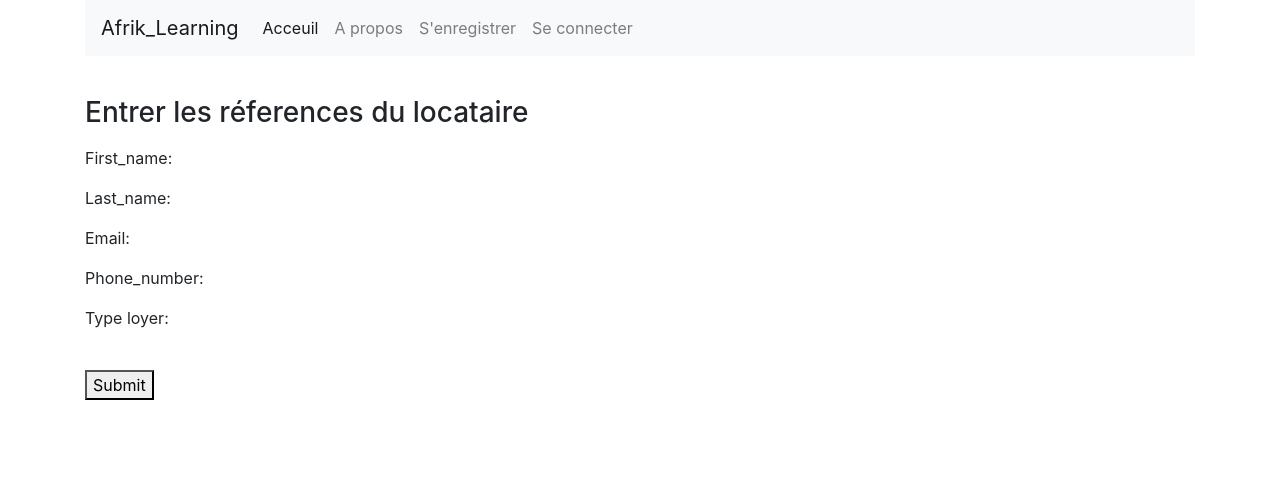
Repository: ZombreChristian/Di-Bootcamp
Page: http://localhost/
The author's editor kept a copy of each file at every save. The page is drawn from the files as they stood at one save, then again after the next save.
The browser window is 1280 px wide. The pictures show the whole page.
Some web libraries are served in a nearby version. The page is served by the project's application, run on Django 4.2 (manage.py). Other server files are loaded and not shown.

Above is the page before, as saved 2023-01-06 16:51:46.

### Week-8/Day-5/exercice/Mini-projet/rent/templates/rent/ajoutclient.html
{% extends "base.html" %}
{% block content %}

<form method="POST" action="/index">
    {% csrf_token %}
    <div>
        <br>
        <p>
            <h3>Entrer les réferences du locataire</h3>
        </p>
        <div>
            <p>First_name:</p>{{form.nom}}
        </div>
        <div>
            <p>Last_name:</p>{{ form.prenom }}
        </div>
        <div>
            <p>Email:</p>{{ form.age }}
        </div>
        <div>
            <p>Phone_number:</p>{{ form.adresse }}
        </div>
        <div>
            <p>Type loyer:</p>{{ form.locataireLoyer }}
        </div>
        <div>
            <br>
            <button type="submit">Submit</button>
        </div>
    </div>
</form>


{% endblock content %}

### Week-8/Day-5/exercice/Mini-projet/rent/templates/base.html
<!DOCTYPE html>
<html lang="en">
<head>
    <link rel="stylesheet" href="https://cdn.jsdelivr.net/npm/bootstrap@4.0.0/dist/css/bootstrap.min.css" integrity="sha384-Gn5384xqQ1aoWXA+058RXPxPg6fy4IWvTNh0E263XmFcJlSAwiGgFAW/dAiS6JXm" crossorigin="anonymous">
    <meta charset="UTF-8">
    <meta http-equiv="X-UA-Compatible" content="IE=edge">
    <meta name="viewport" content="width=device-width, initial-scale=1.0">
    <title>Vente</title>
</head>
<body>
    <div class="container">
        <div class="row">
            <div class="col-md-12">
                <nav class="navbar navbar-expand-md navbar-light bg-light">
                    <a class="navbar-brand" href="#">Afrik_Learning</a>
                    <button class="navbar-toggler" type="button" data-toggle="collapse" data-target="#navbarNav" aria-controls="navbarNav" aria-expanded="false" aria-label="Toggle navigation">
                      <span class="navbar-toggler-icon"></span>
                    </button>
                    <div class="collapse navbar-collapse" id="navbarNav">
                      <ul class="navbar-nav">
                        <li class="nav-item active">
                          <a class="nav-link" href="#">Acceuil <span class="sr-only">(current)</span></a>
                        </li>
                        <li class="nav-item">
                          <a class="nav-link" href="#">A propos</a>
                        </li>
                        <li class="nav-item">
                          <a class="nav-link" href="#">S'enregistrer</a>
                        </li>
                        <li class="nav-item">
                          <a class="nav-link" href="#">Se connecter</a>
                        </li>
                        {% if user.is_authenticated  %}
                          <li class="nav-item">
                            <a class="nav-link" href="#">Lougout</a>
                          </li>
                        {% endif %}
                         <li class="nav-item">
                          <a class="nav-link" href="#">{{request.user.username}}</a>
                        </li>

                      </ul>
                    </div>
                  </nav>

            </div>
        </div>
        {% block content %}

        {% endblock content %}

    </div>







    <script src="https://code.jquery.com/jquery-3.2.1.slim.min.js" integrity="sha384-KJ3o2DKtIkvYIK3UENzmM7KCkRr/rE9/Qpg6aAZGJwFDMVNA/GpGFF93hXpG5KkN" crossorigin="anonymous"></script>
<script src="https://cdn.jsdelivr.net/npm/popper.js@1.12.9/dist/umd/popper.min.js" integrity="sha384-ApNbgh9B+Y1QKtv3Rn7W3mgPxhU9K/ScQsAP7hUibX39j7fakFPskvXusvfa0b4Q" crossorigin="anonymous"></script>
<script src="https://cdn.jsdelivr.net/npm/bootstrap@4.0.0/dist/js/bootstrap.min.js" integrity="sha384-JZR6Spejh4U02d8jOt6vLEHfe/JQGiRRSQQxSfFWpi1MquVdAyjUar5+76PVCmYl" crossorigin="anonymous"></script>
</body>
</html>

### Week-8/Day-5/exercice/Mini-projet/rent/forms.py
from django import forms
from rent.models import Client, Vehicule, TypeVehicule, TailleVehicule , Location , TarifLocation


class ClientForm(forms.ModelForm):

    class Meta:
        model = Client
        fields = '__all__'


class VehiculeForm(forms.ModelForm):

    class Meta:
        model = Vehicule
        fields = '__all__'


class LocationForm(forms.ModelForm):

    class Meta:
        model = Location
        fields = '__all__'

### Week-8/Day-5/exercice/Mini-projet/rent/models.py
from django.db import models

# Create your models here.

class Client(models.Model):
    first_name = models.CharField(max_length=100)
    last_name = models.CharField(max_length=150)
    email = models.CharField(max_length=50)
    phone_number = models.IntegerField()
    address = models.TextField(max_length=50)
    city = models.CharField(max_length=50)
    country = models.CharField(max_length=50)

    def __str__(self):
        return self.first_name

    class Meta:
        ordering = ['first_name','last_name']




class TypeVehicule(models.Model):
    name = models.CharField(max_length=50)

    def __str__(self):
        return self.name




class TailleVehicule(models.Model):
    name = models.CharField(max_length=50)

    def __str__(self):
        return self.name





class Vehicule(models.Model):
    vehicule_type = models.ForeignKey(TypeVehicule, related_name=("Type"), on_delete=models.CASCADE)
    date_created = models.DateTimeField(auto_now_add=True)
    prix = models.FloatField()
    taille = models.ForeignKey(TailleVehicule, related_name=("Taille"), on_delete=models.CASCADE)

    def __str__(self):
        return self.vehicule_type


class Location(models.Model):
    date_location = models.DateTimeField(auto_now_add=True)
    date_retour = models.DateTimeField(auto_now_add = True,null=True )
    client = models.ForeignKey(Client, related_name=("Client"), on_delete=models.CASCADE)
    vehicule = models.ForeignKey(Vehicule, related_name=("Vehicule"), on_delete=models.CASCADE)


    class Meta:
        ordering = ['date_location']



class TarifLocation(models.Model):
    tarif_jour = models.FloatField()
    type_vehicule = models.ForeignKey(TypeVehicule, on_delete=models.CASCADE)
    taille_vehicule = models.ForeignKey(TailleVehicule, on_delete=models.CASCADE)

### Week-8/Day-5/exercice/Mini-projet/rent/views.py
from django.shortcuts import render
from rent.models import Client, Vehicule, TypeVehicule, TailleVehicule , Location , TarifLocation
from rent.forms import ClientForm, VehiculeForm, LocationForm

# Create your views here.
def ajouterclient(request):
    #recuperer et afficher les données
    clients = Client.objects.all()


    #test si la request est une soumission
    if request.method == 'POST':
        #on initialise le formulaire avec
        form = ClientForm(request.POST)

        if form.is_valid():
            #on enregitre
            form.save()
         #on reinitialise le formulaire vide avec
            form = ClientForm()
    else :
        #sinon on  reinitialise le formulaire vide avec
        form = ClientForm()

    context = {"Clients":clients,"form":form}

    return render(request,'rent/ajoutclient.html',context)

### Week-8/Day-5/exercice/Mini-projet/bike_store/urls.py
"""bike_store URL Configuration

The `urlpatterns` list routes URLs to views. For more information please see:
    https://docs.djangoproject.com/en/4.1/topics/http/urls/
Examples:
Function views
    1. Add an import:  from my_app import views
    2. Add a URL to urlpatterns:  path('', views.home, name='home')
Class-based views
    1. Add an import:  from other_app.views import Home
    2. Add a URL to urlpatterns:  path('', Home.as_view(), name='home')
Including another URLconf
    1. Import the include() function: from django.urls import include, path
    2. Add a URL to urlpatterns:  path('blog/', include('blog.urls'))
"""
from django.contrib import admin
from django.urls import path ,include
from django.conf import settings
from django.conf.urls.static import static

urlpatterns = [
    path('admin/', admin.site.urls),
    path('', include('rent.urls')),
]
urlpatterns+= static(settings.MEDIA_URL,document_root = settings.MEDIA_ROOT)

### Week-8/Day-5/exercice/Mini-projet/rent/urls.py
from django.contrib import admin
from django.urls import path
from . import views

urlpatterns = [
    path('',views.ajouterclient ,name='ajouterclient'),
]

After the next save:
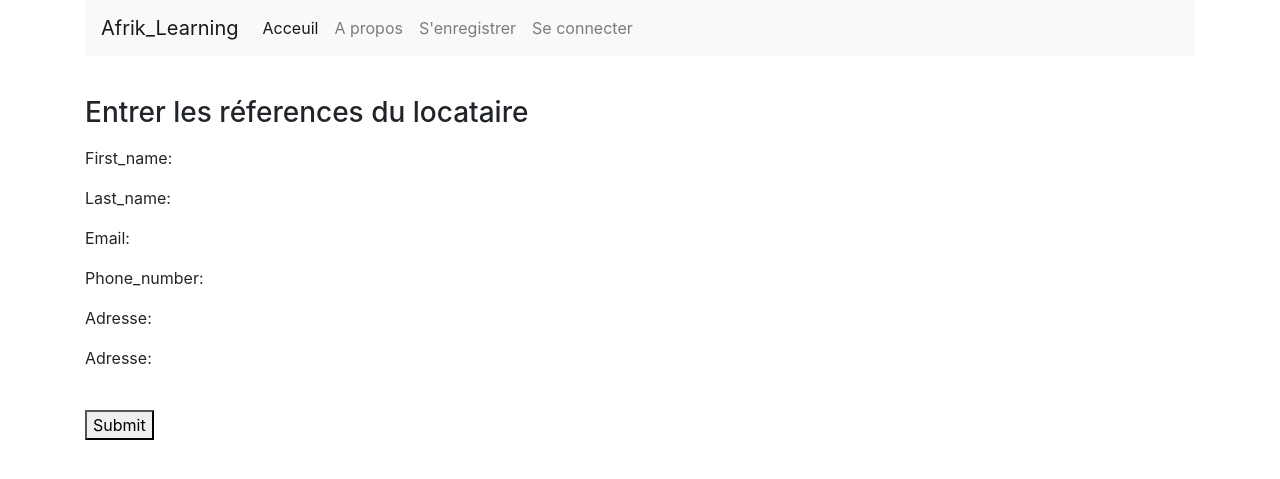
Saved 59 s later.
--- a/Week-8/Day-5/exercice/Mini-projet/rent/templates/rent/ajoutclient.html
+++ b/Week-8/Day-5/exercice/Mini-projet/rent/templates/rent/ajoutclient.html
@@ -21,7 +21,10 @@
             <p>Phone_number:</p>{{ form.adresse }}
         </div>
         <div>
-            <p>Type loyer:</p>{{ form.locataireLoyer }}
+            <p>Adresse:</p>{{ form.locataireLoyer }}
+        </div>
+        <div>
+            <p>Adresse:</p>{{ form.locataireLoyer }}
         </div>
         <div>
             <br>
